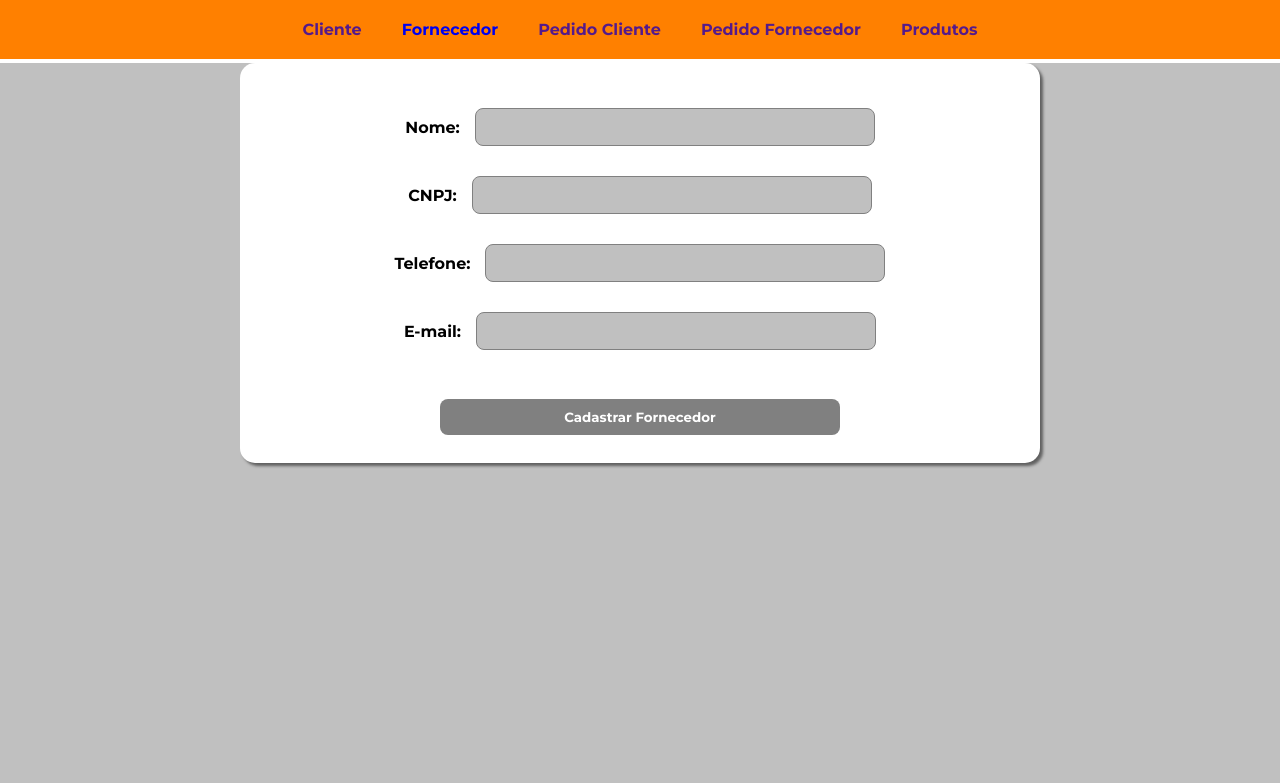
Repository: walterdmp/JavaWeb_BartoBotinas
Page: http://localhost/BartoBotinas/cadastrarFornecedor.jsp
These files come from the project's save history. The page is drawn as it stood at one moment and after the next save; the edit follows.
The browser window is 1280 px wide. The pictures show the whole page.
The page is served by Tomcat 9.

Above is the page before, as saved 2024-07-30 18:13:59.

After the next save:
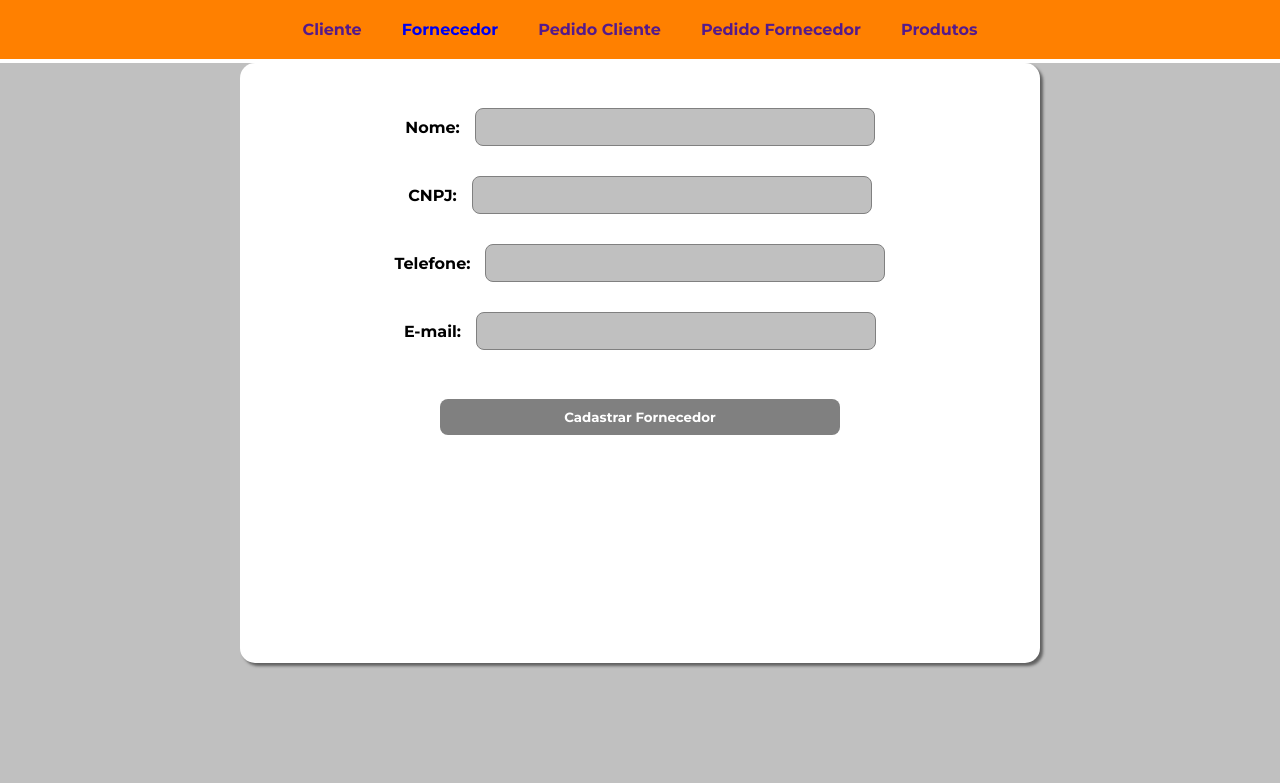
Saved 23 s later.
--- a/BartoBotinas/WebContent/css/estilo.css
+++ b/BartoBotinas/WebContent/css/estilo.css
@@ -40,7 +40,7 @@
 	flex-direction: column;
 	padding: 45px;
 	width: 800px;
-	height: 400px;
+	height: 600px;
 	background-color: white;
 	margin: 0 auto;
 	margin-top: 4px;
